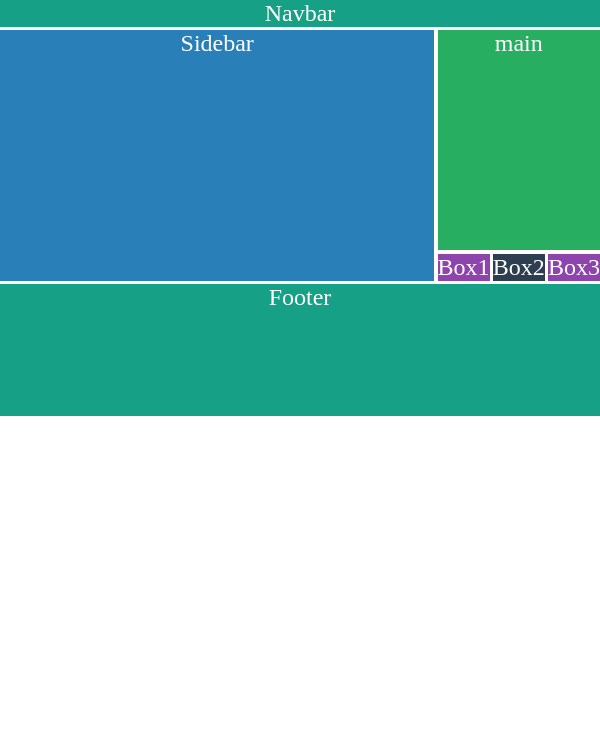
Repository: nazmulhaquep/WebDesign
Page: LayoutHtmlCss/index.html
These files come from the project's save history. The page is drawn as it stood at one moment and after the next save; the edit follows.
The browser window is 600 px wide. The pictures show the whole page.

Above is the page before, as saved 2023-11-26 12:29:36.

### LayoutHtmlCss/index.html
<!DOCTYPE html>
<html lang="en">
<head>
    <meta charset="UTF-8">
    <meta name="viewport" content="width=device-width, initial-scale=1.0">
    <link rel="stylesheet" href="style.css">
    <title>Responsive Website layout using css</title>
</head>
<body>
    <div class="container">
        <nav>Navbar</nav>
        <main>main</main>
        <div class="sidebar">Sidebar</div>
        <div class="box1">Box1</div>
        <div class="box2">Box2</div>
        <div class="box3">Box3</div>
        <footer>Footer</footer>
    </div>
</body>
</html>

### LayoutHtmlCss/style.css
*{
    padding: 0;
    margin: 0;
    box-sizing: border-box;
    font-family: cursive;
}

.container{
   display: grid;
   height: 100vh;
   grid-template-columns: 1fr 1fr 1fr 1fr; /*number of column*/
   grid-template-rows: 0.4fr 1.5fr 1.3fr 0.8fr;
   color:white;
   /* column row define */
   grid-template-areas: "navbar navbar navbar navbar"
                        "sidebar main main main"
                        "sidebar box1 box2 box3"
                        "footer footer footer footer";
    grid-gap:0.2rem;
    text-align: center;
    font-size:1.5rem;
}

nav{
    background: #16a085;
    grid-area:navbar;
}
main{
    background:#27ae60;
    grid-area:main;
}
.sidebar{
    background:#2980b9;
    grid-area:sidebar;
}
.box1{
    background:#8e44ad;
    grid-area:box1;
}
.box2{
    background:#2c3e50;
    grid-area:box2;
}
.box3{
    background:#8e44ad;
    grid-area:box3;
}

footer{
    background:#16a085;
    grid-area:footer;
}

@media only screen and (max-width:640px){
    .container{
        grid-template-columns: 1fr;
        /* define rows height */
        grid-template-rows: 0.2fr 2fr 0.2fr 1.2fr 1.2fr 1.2fr 1fr;
        grid-template-areas:"navbar"
        "main"
        "sidebar"
        "box1"
        ""
    }
}

After the next save:
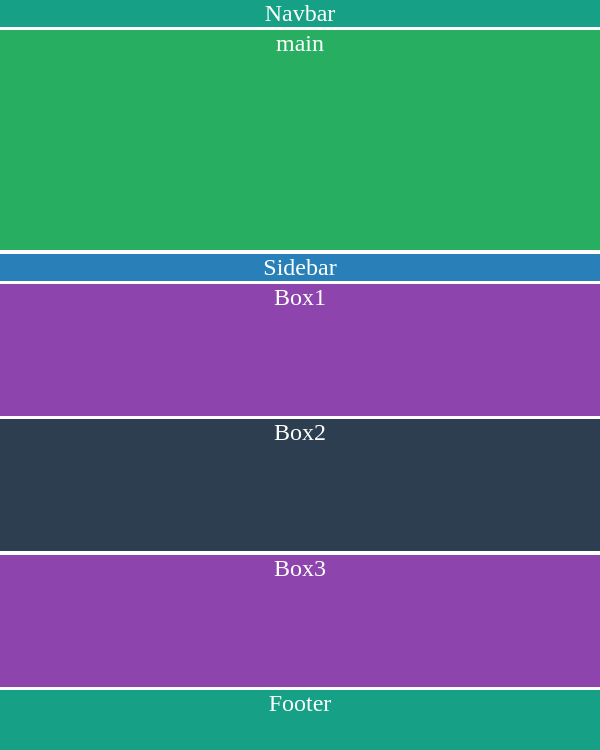
Saved 24 s later.
--- a/LayoutHtmlCss/style.css
+++ b/LayoutHtmlCss/style.css
@@ -60,6 +60,8 @@ footer{
         "main"
         "sidebar"
         "box1"
-        ""
+        "box2"
+        "box3"
+        "footer"
     }
 }
